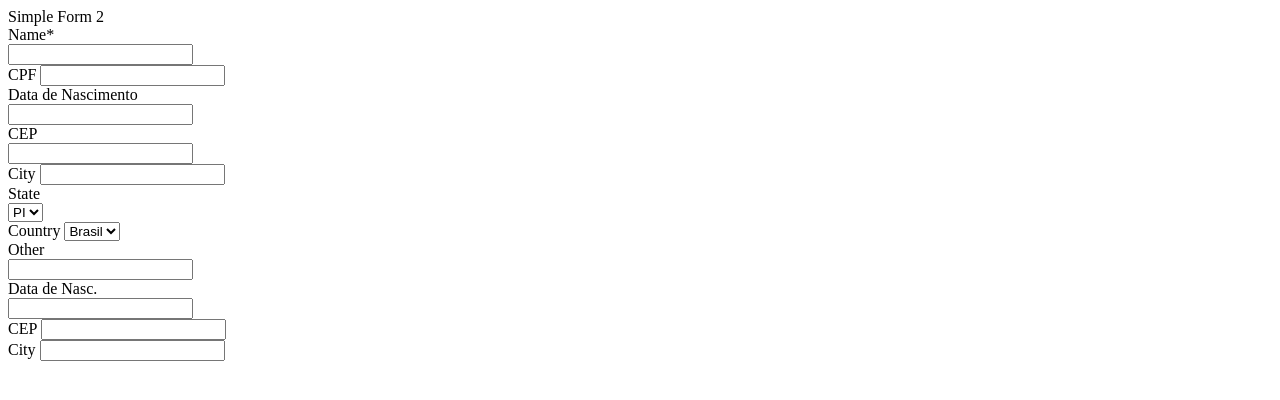
Repository: eudesf/MySpaceShip
Page: MySpaceShip/WebContent/articles/simpleform2.html
The author's editor kept a copy of each file at every save. The page is drawn from the files as they stood at one save, then again after the next save.
The browser window is 1280 px wide. The pictures show the whole page.

Above is the page before, as saved 2012-03-20 18:22:02.

### MySpaceShip/WebContent/articles/simpleform2.html
<article>
	<header>Simple Form 2</header>

	<form class="labelw20p">

		<label for="name">Name*</label>

		<div class="w30p">
			<input id="name" class="w100p" type="text" />
		</div>

		<div class="w50p">
			<label for="address">CPF</label>
			<input id="address" type="text"/>
		</div>

		<label for="birthdate">Data de Nascimento</label>

		<div class="w30p">
			<input id="birthdate" type="text" class="w100p"/>
		</div>

		<label for="cep" class="w20p">CEP</label>

		<div class="w15p">
			<input id="cep" type="text"/>
		</div>

		<div class="w15p">
			<label for="city">City</label>
			<input id="city" type="text"/>
		</div>


		<label for="state">State</label>

		<div class="w30p">
			<select id="state" class="w100p">
				<option value="PI">PI</option>
			</select>
		</div>

		<div class="w50p">
			<label for="country">Country</label>
			<select id="country">
				<option value="BRA">Brasil</option>
			</select>
		</div>

		<label for="others">Other</label>
		<div class="w80p">
			<input id="others" type="text" class="w100p" />
		</div>

		<label for="birthdate">Data de Nasc.</label>

		<div class="w30p">
			<input id="birthdate" type="text" class="w100p"/>
		</div>

		<div class="w25p">
			<label for="cep">CEP</label>
			<input id="cep" type="text"/>
		</div>

		<div class="w25p">
			<label for="city">City</label>
			<input id="city" type="text"/>
		</div>


	</form>
</article>

After the next save:
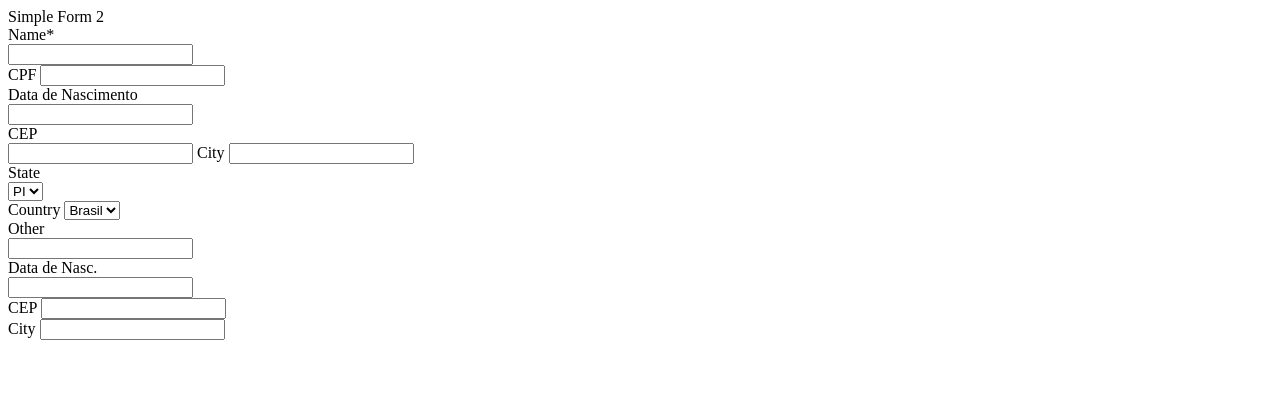
Saved 2 min 21 s later.
--- a/MySpaceShip/WebContent/articles/simpleform2.html
+++ b/MySpaceShip/WebContent/articles/simpleform2.html
@@ -20,15 +20,12 @@
 			<input id="birthdate" type="text" class="w100p"/>
 		</div>
 
-		<label for="cep" class="w20p">CEP</label>
+		<label for="cep" class="w30p">CEP</label>
 
-		<div class="w15p">
-			<input id="cep" type="text"/>
-		</div>
-
-		<div class="w15p">
-			<label for="city">City</label>
-			<input id="city" type="text"/>
+		<div class="w40p">
+			<input id="cep" type="text" class="w15p"/>
+			<label for="city" class="w10p">City</label>
+			<input id="city" type="text" class="w15p"/>
 		</div>
 
 
